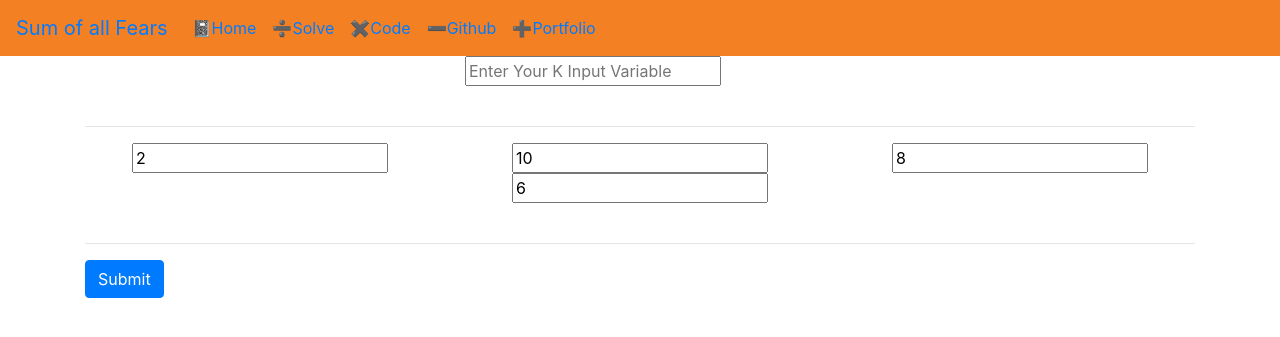
Repository: zhadjah9559/BrainBufferOverflow
Page: solve.html
An editor plug-in stored every save of this project. The page is shown before and after the next save, followed by the edit.
The browser window is 1280 px wide. The pictures show the whole page.

Above is the page before, as saved 2021-01-18 01:14:11.

After the next save:
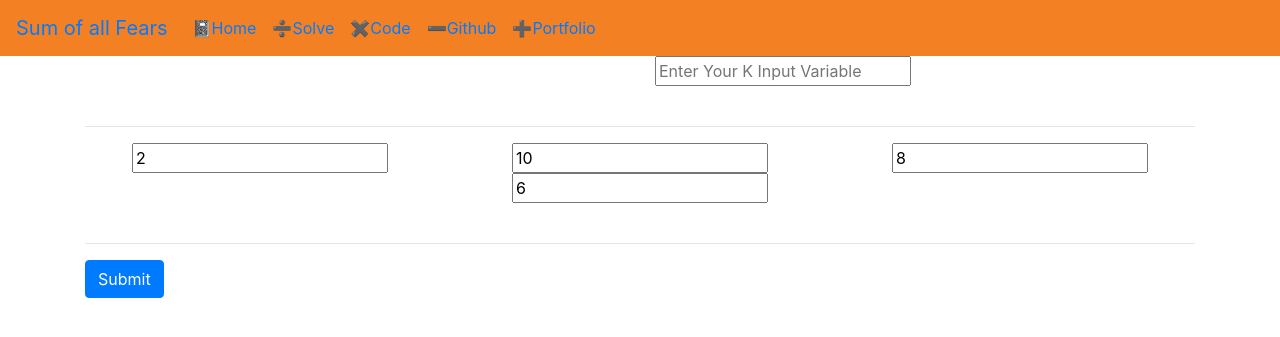
Saved 7 s later.
--- a/solve.html
+++ b/solve.html
@@ -40,7 +40,7 @@
 
         <!--K input variable-->
        <div class="row justify-content-center">
-           <div class="col-md offset-4">
+           <div class="col-md-4 offset-4">
             <input type="number" id="kInput" name="kInput"  placeholder="Enter Your K Input Variable">
            </div>
        </div>
